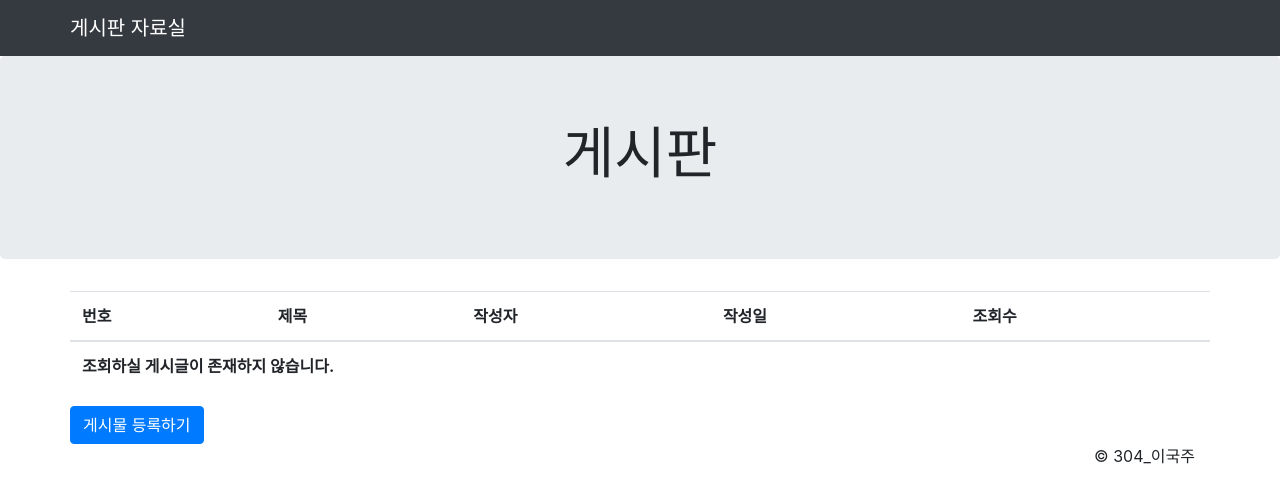
Repository: LeeKukJu/JSP-Study
Page: http://localhost/JSPBook/ch11/totaltest/boardList.jsp
These files come from the project's save history. The page is drawn as it stood at one moment and after the next save; the edit follows.
The browser window is 1280 px wide. The pictures show the whole page.
The page is served by Tomcat 9. Nobody is signed in. The application's start-up code is not run.

Above is the page before, as saved 2023-02-04 07:33:00.

After the next save:
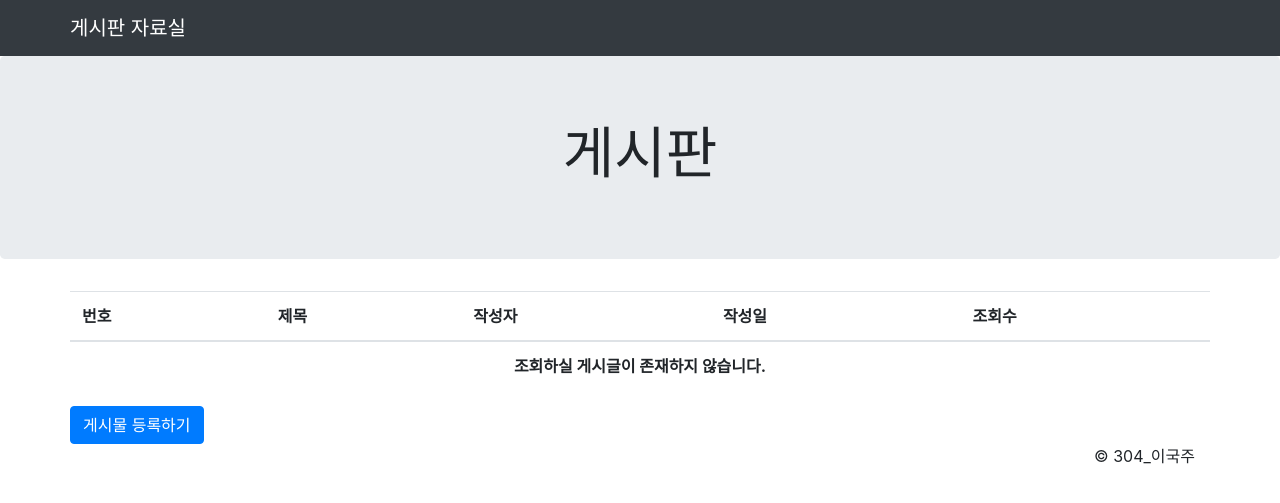
Saved 26 s later.
--- a/JSPBook/WebContent/ch11/totaltest/boardList.jsp
+++ b/JSPBook/WebContent/ch11/totaltest/boardList.jsp
@@ -94,7 +94,7 @@
 							</c:forEach>
 						</c:when>
 						<c:otherwise>
-							<tr>
+							<tr align="center">
 								<th scope="row" colspan="5">조회하실 게시글이 존재하지 않습니다.</th>
 							</tr>
 						</c:otherwise>
